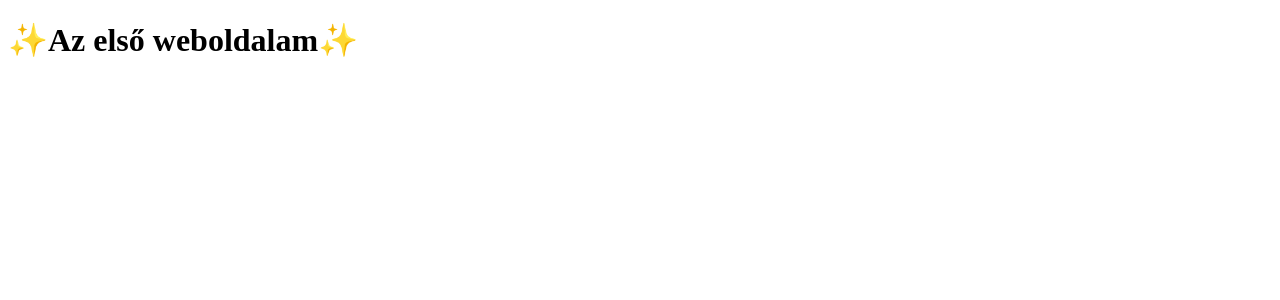
Repository: doomhyena/Web
Page: 03.óra/index.html
These files come from the project's save history. The page is drawn as it stood at one moment and after the next save; the edit follows.
The browser window is 1280 px wide. The pictures show the whole page.

Above is the page before, as saved 2024-09-19 12:39:20.

After the next save:
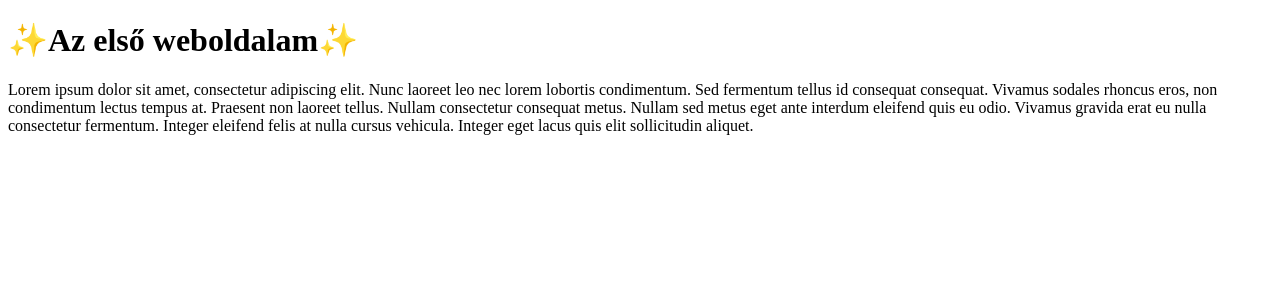
Saved 8 s later.
--- a/03.óra/index.html
+++ b/03.óra/index.html
@@ -10,7 +10,9 @@
    </head>
    <body>
     <h1>✨Az első weboldalam✨</h1>
-    <p></p>
+    <p>
+
+        Lorem ipsum dolor sit amet, consectetur adipiscing elit. Nunc laoreet leo nec lorem lobortis condimentum. Sed fermentum tellus id consequat consequat. Vivamus sodales rhoncus eros, non condimentum lectus tempus at. Praesent non laoreet tellus. Nullam consectetur consequat metus. Nullam sed metus eget ante interdum eleifend quis eu odio. Vivamus gravida erat eu nulla consectetur fermentum. Integer eleifend felis at nulla cursus vehicula. Integer eget lacus quis elit sollicitudin aliquet. </p>
     <p></p>
     <p></p>
     <p></p>
